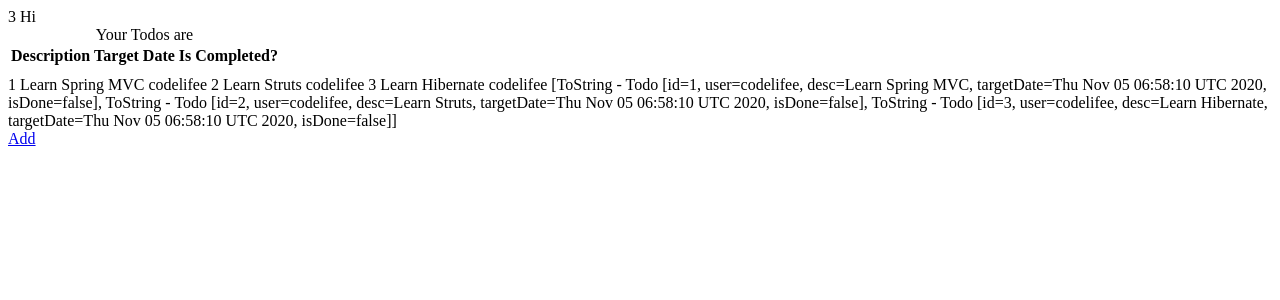
Repository: codelifee/spring-mvc-project
Page: http://localhost/springmvc/list-todos
The author's editor kept a copy of each file at every save. The page is drawn from the files as they stood at one save, then again after the next save.
The browser window is 1280 px wide. The pictures show the whole page.
The page is served by Tomcat 9. Other server files are loaded and not shown. The template is opened directly, without the code that normally fills it, so the values that code supplies are empty.

Above is the page before, as saved 2020-11-16 04:07:28.

### springmvc/src/main/webapp/WEB-INF/views/list-todos.jsp
<%@ page language="java" contentType="text/html; charset=EUC-KR"
    pageEncoding="EUC-KR"%>
<%@ taglib uri="http://java.sun.com/jsp/jstl/core" prefix="c" %>
<!DOCTYPE html>3
<html>
<head>
<meta charset="EUC-KR">
<title>Insert title here</title>
</head>
<body>
Hi ${name} <br/>

<table>
	<caption>Your Todos are</caption>
	<thead>
		<tr>
			<th>Description</th>
			<th>Target Date</th>
			<th>Is Completed?</th>
		</tr>
	</thead>

	<tbody>
		<tr></tr>
		<tr></tr>
		<tr></tr>
		<tr></tr>
	</tbody>
</table>


<!-- for(todo:todos) -->
<c:forEach items="${todos}" var="todo">
	${todo.id} ${todo.desc} ${todo.user}
</c:forEach>
${todos} <br>

<a class="button" href="/add-todo">Add</a>
</body>
</html>

After the next save:
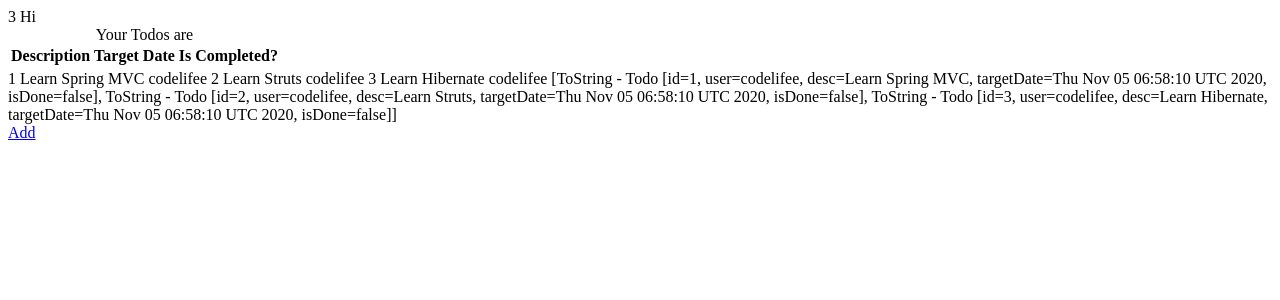
Saved 12 s later.
--- a/springmvc/src/main/webapp/WEB-INF/views/list-todos.jsp
+++ b/springmvc/src/main/webapp/WEB-INF/views/list-todos.jsp
@@ -22,9 +22,6 @@ Hi ${name} <br/>
 
 	<tbody>
 		<tr></tr>
-		<tr></tr>
-		<tr></tr>
-		<tr></tr>
 	</tbody>
 </table>
 
